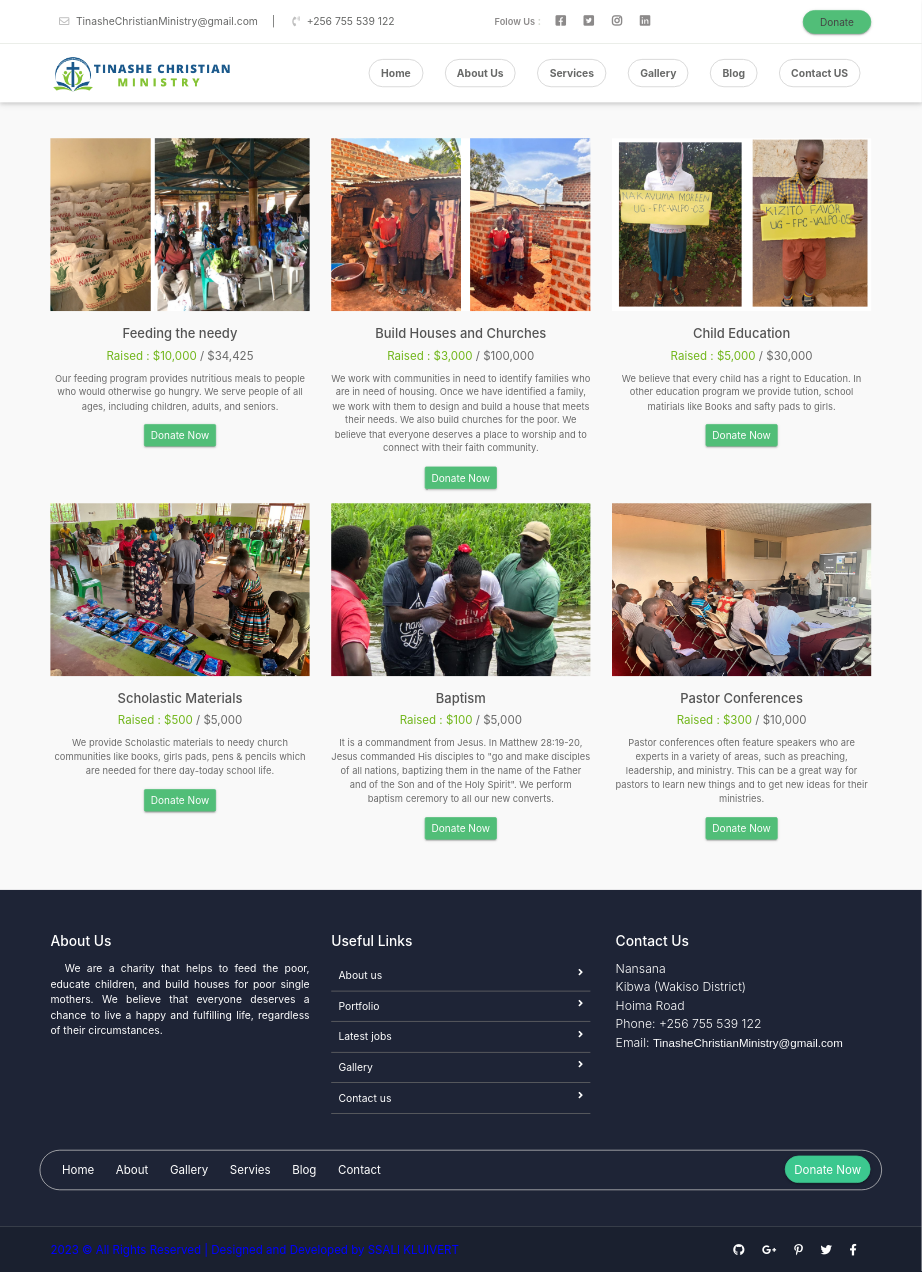
Repository: kluivert-ssali/Zziwa
Page: services.html
An editor plug-in stored every save of this project. The page is shown before and after the next save, followed by the edit.
The browser window is 1280 px wide. The pictures show the whole page, at 72% of full size.

Above is the page before, as saved 2023-11-20 20:49:45.

### services.html
<!DOCTYPE html>
<html lang="en">
  <head>
    <meta charset="utf-8" />
    <link
      rel="shortcut icon"
      type="x-icon"
      sizes="64x64"
      href="./Logo/ziwaWEB2.0.svg"
    />
    <meta
      name="viewport"
      content="width=device-width, initial-scale=1, shrink-to-fit=no"
    />
    <title>TinasheChristianMinistry</title>
    <link
      rel="shortcut icon"
      href="assets/images/fav.png"
      type="image/x-icon"
    />
    <link
      href="https://fonts.googleapis.com/css2?family=Ubuntu:wght@400;500&display=swap"
      rel="stylesheet"
    />
    <link rel="shortcut icon" href="assets/images/fav.jpg" />
    <link rel="stylesheet" href="assets/css/bootstrap.min.css" />
    <link rel="stylesheet" href="assets/css/all.min.css" />
    <link rel="stylesheet" href="assets/css/animate.css" />
    <link
      rel="stylesheet"
      href="assets/plugins/slider/css/owl.carousel.min.css"
    />
    <link
      rel="stylesheet"
      href="assets/plugins/slider/css/owl.theme.default.css"
    />
    <link rel="stylesheet" type="text/css" href="assets/css/style.css" />
  </head>

  <body>
    <header class="continer-fluid">
      <div class="header-top">
        <div class="container">
          <div class="row col-det">
            <div class="col-lg-6 d-none d-lg-block">
              <ul class="ulleft">
                <li>
                  <i class="far fa-envelope"></i>
                  TinasheChristianMinistry@gmail.com
                  <span>|</span>
                </li>
                <li>
                  <i class="fas fa-phone-volume"></i>
                  +256 755 539 122
                </li>
              </ul>
            </div>
            <div class="col-lg-3 col-md-6 folouws">
              <ul class="ulright">
                <li><small>Folow Us </small>:</li>
                <li>
                  <i class="fab fa-facebook-square"></i>
                </li>
                <li>
                  <i class="fab fa-twitter-square"></i>
                </li>
                <li>
                  <i class="fab fa-instagram"></i>
                </li>
                <li>
                  <i class="fab fa-linkedin"></i>
                </li>
              </ul>
            </div>
            <div class="col-lg-3 d-none d-md-block col-md-6 btn-bhed">
              <button class="btn btn-sm btn-success">
                <a
                  href="https://flutterwave.com/donate/cqvprj4q11oa"
                  target="_blank"
                  >Donate</a
                >
              </button>
            </div>
          </div>
        </div>
      </div>
      <div id="menu-jk" class="header-bottom">
        <div class="container">
          <div class="row nav-row">
            <div class="col-lg-3 col-md-12 logo">
              <a href="index.html">
                <img src="assets/images/TCM.png" alt="" />
                <a data-toggle="collapse" data-target="#menu" href="#menu"
                  ><i class="fas d-block d-lg-none small-menu fa-bars"></i
                ></a>
              </a>
            </div>
            <div id="menu" class="col-lg-9 col-md-12 d-none d-lg-block nav-col">
              <ul class="navbad">
                <li class="nav-item active">
                  <a class="nav-link" href="index.html">Home </a>
                </li>
                <li class="nav-item">
                  <a class="nav-link" href="about_us.html">About Us</a>
                </li>
                <li class="nav-item">
                  <a class="nav-link" href="services.html">Services</a>
                </li>

                <li class="nav-item">
                  <a class="nav-link" href="gallery.html">Gallery</a>
                </li>

                <li class="nav-item">
                  <a class="nav-link" href="blog.html">Blog</a>
                </li>
                <li class="nav-item">
                  <a class="nav-link" href="contact_us.html">Contact US</a>
                </li>
              </ul>
            </div>
          </div>
        </div>
      </div>
    </header>

    <!--  ************************* Page Title Starts Here ************************** -->

    <!-- ################# Events Start Here#######################--->
    <section class="events">
      <div class="container">
        <div class="event-ro row">
          <div class="col-md-4 col-sm-6">
            <div class="event-box">
              <img src="assets/images/events/Feeding.png" alt="" />
              <h4>Feeding the needy</h4>

              <p class="raises"><span>Raised : $10,000</span> / $34,425</p>
              <p class="desic">
                Our feeding program provides nutritious meals to people who
                would otherwise go hungry. We serve people of all ages,
                including children, adults, and seniors.
              </p>
              <button
                class="btn btn-success btn-sm"
                href="https://flutterwave.com/donate/cqvprj4q11oa"
              >
                Donate Now
              </button>
            </div>
          </div>
          <div class="col-md-4 col-sm-6">
            <div class="event-box">
              <img src="assets/images/events/House2.png" alt="" />
              <h4>Build Houses and Churches</h4>
              <p class="raises"><span>Raised : $3,000</span> / $100,000</p>
              <p class="desic">
                We work with communities in need to identify families who are in
                need of housing. Once we have identified a family, we work with
                them to design and build a house that meets their needs. We also
                build churches for the poor. We believe that everyone deserves a
                place to worship and to connect with their faith community.
              </p>
              <button
                class="btn btn-success btn-sm"
                href="https://flutterwave.com/donate/cqvprj4q11oa"
              >
                Donate Now
              </button>
            </div>
          </div>
          <div class="col-md-4 col-sm-6">
            <div class="event-box">
              <img src="assets/images/events/school.png" alt="" />
              <h4>Child Education</h4>
              <p class="raises"><span>Raised : $5,000</span> / $30,000</p>
              <p class="desic">
                We believe that every child has a right to Education. In other
                education program we provide tution, school matirials like Books
                and safty pads to girls.
              </p>
              <button
                class="btn btn-success btn-sm"
                href="https://flutterwave.com/donate/cqvprj4q11oa"
              >
                Donate Now
              </button>
            </div>
          </div>
          <div class="col-md-4 col-sm-6">
            <div class="event-box">
              <img src="assets/images/events/payer1.png" alt="" />
              <h4>Scholastic Materials</h4>
              <p class="raises"><span>Raised : $500</span> / $5,000</p>
              <p class="desic">
                We provide Scholastic materials to needy church communities like
                books, girls pads, pens & pencils which are needed for there
                day-today school life.
              </p>
              <button
                class="btn btn-success btn-sm"
                href="https://flutterwave.com/donate/cqvprj4q11oa"
              >
                Donate Now
              </button>
            </div>
          </div>
          <div class="col-md-4 col-sm-6">
            <div class="event-box">
              <img src="assets/images/events/bath.png" alt="" />
              <h4>Baptism</h4>
              <p class="raises"><span>Raised : $100</span> / $5,000</p>
              <p class="desic">
                It is a commandment from Jesus. In Matthew 28:19-20, Jesus
                commanded His disciples to "go and make disciples of all
                nations, baptizing them in the name of the Father and of the Son
                and of the Holy Spirit". We perform baptism ceremory to all our
                new converts.
              </p>
              <button
                class="btn btn-success btn-sm"
                href="https://flutterwave.com/donate/cqvprj4q11oa"
              >
                Donate Now
              </button>
            </div>
          </div>
          <div class="col-md-4 col-sm-6">
            <div class="event-box">
              <img src="assets/images/events/teaching.png" alt="" />
              <h4>Pastor Conferences</h4>
              <p class="raises"><span>Raised : $300</span> / $10,000</p>
              <p class="desic">
                Pastor conferences often feature speakers who are experts in a
                variety of areas, such as preaching, leadership, and ministry.
                This can be a great way for pastors to learn new things and to
                get new ideas for their ministries.
              </p>
              <button
                class="btn btn-success btn-sm"
                href="https://flutterwave.com/donate/cqvprj4q11oa"
              >
                Donate Now
              </button>
            </div>
          </div>
        </div>
      </div>
    </section>

    <!--  ************************* Footer Starts Here ************************** -->

    <footer class="footer">
      <div class="container">
        <div class="row">
          <div class="col-md-4 col-sm-12">
            <h2>About Us</h2>
            <p>
              We are a charity that helps to feed the poor, educate children,
              and build houses for poor single mothers. We believe that everyone
              deserves a chance to live a happy and fulfilling life, regardless
              of their circumstances.
            </p>
            <p></p>
          </div>
          <div class="col-md-4 col-sm-12">
            <h2>Useful Links</h2>
            <ul class="list-unstyled link-list">
              <li>
                <a ui-sref="about" href="#/about">About us</a
                ><i class="fa fa-angle-right"></i>
              </li>
              <li>
                <a ui-sref="portfolio" href="#/portfolio">Portfolio</a
                ><i class="fa fa-angle-right"></i>
              </li>
              <li>
                <a ui-sref="products" href="#/products">Latest jobs</a
                ><i class="fa fa-angle-right"></i>
              </li>
              <li>
                <a ui-sref="gallery" href="#/gallery">Gallery</a
                ><i class="fa fa-angle-right"></i>
              </li>
              <li>
                <a ui-sref="contact" href="#/contact">Contact us</a
                ><i class="fa fa-angle-right"></i>
              </li>
            </ul>
          </div>
          <div class="col-md-4 col-sm-12 map-img">
            <h2>Contact Us</h2>
            <address class="md-margin-bottom-40">
              Nansana <br />
              Kibwa (Wakiso District) <br />
              Hoima Road <br />
              Phone: +256 755 539 122 <br />
              Email:
              <a href="TinasheChristianMinistry@gmail.com " class=""
                >TinasheChristianMinistry@gmail.com </a
              ><br />
            </address>
          </div>
        </div>

        <div class="nav-box row clearfix">
          <div class="inner col-md-9 clearfix">
            <ul class="footer-nav clearfix">
              <li><a href="#">Home</a></li>
              <li><a href="#">About</a></li>
              <li><a href="#">Gallery</a></li>
              <li><a href="#">Servies</a></li>
              <li><a href="#">Blog</a></li>
              <li><a href="#">Contact</a></li>
            </ul>
          </div>
          <div class="donate-link col-md-3">
            <a
              href="https://flutterwave.com/donate/cqvprj4q11oa"
              class="btn btn-primary"
              ><span class="btn-title">Donate Now</span></a
            >
          </div>
        </div>
      </div>
    </footer>
    <div class="copy">
      <div class="container">
        <a
          href="https://kluivertssali.netlify.app"
          target="_blank"
          style="color: blue"
          >2023 &copy; All Rights Reserved | Designed and Developed by SSALI
          KLUIVERT</a
        >

        <span>
          <a><i class="fab fa-github"></i></a>
          <a><i class="fab fa-google-plus-g"></i></a>
          <a><i class="fab fa-pinterest-p"></i></a>
          <a><i class="fab fa-twitter"></i></a>
          <a><i class="fab fa-facebook-f"></i></a>
        </span>
      </div>
    </div>
  </body>

  <script src="assets/js/jquery-3.2.1.min.js"></script>
  <script src="assets/js/popper.min.js"></script>
  <script src="assets/js/bootstrap.min.js"></script>
  <script src="assets/plugins/scroll-fixed/jquery-scrolltofixed-min.js"></script>
  <script src="assets/plugins/slider/js/owl.carousel.min.js"></script>
  <script src="assets/js/script.js"></script>
</html>

Loaded but not shown: assets/css/bootstrap.min.css (library); assets/css/all.min.css (library); assets/css/animate.css (library); assets/plugins/slider/css/owl.carousel.min.css (library); assets/plugins/slider/css/owl.theme.default.css (common file); assets/js/jquery-3.2.1.min.js (library); assets/js/popper.min.js (library); assets/js/bootstrap.min.js (library); assets/plugins/scroll-fixed/jquery-scrolltofixed-min.js (library); assets/plugins/slider/js/owl.carousel.min.js (library); assets/js/script.js (69 lines, source omitted); assets/css/style.css (795 lines, source omitted)

After the next save:
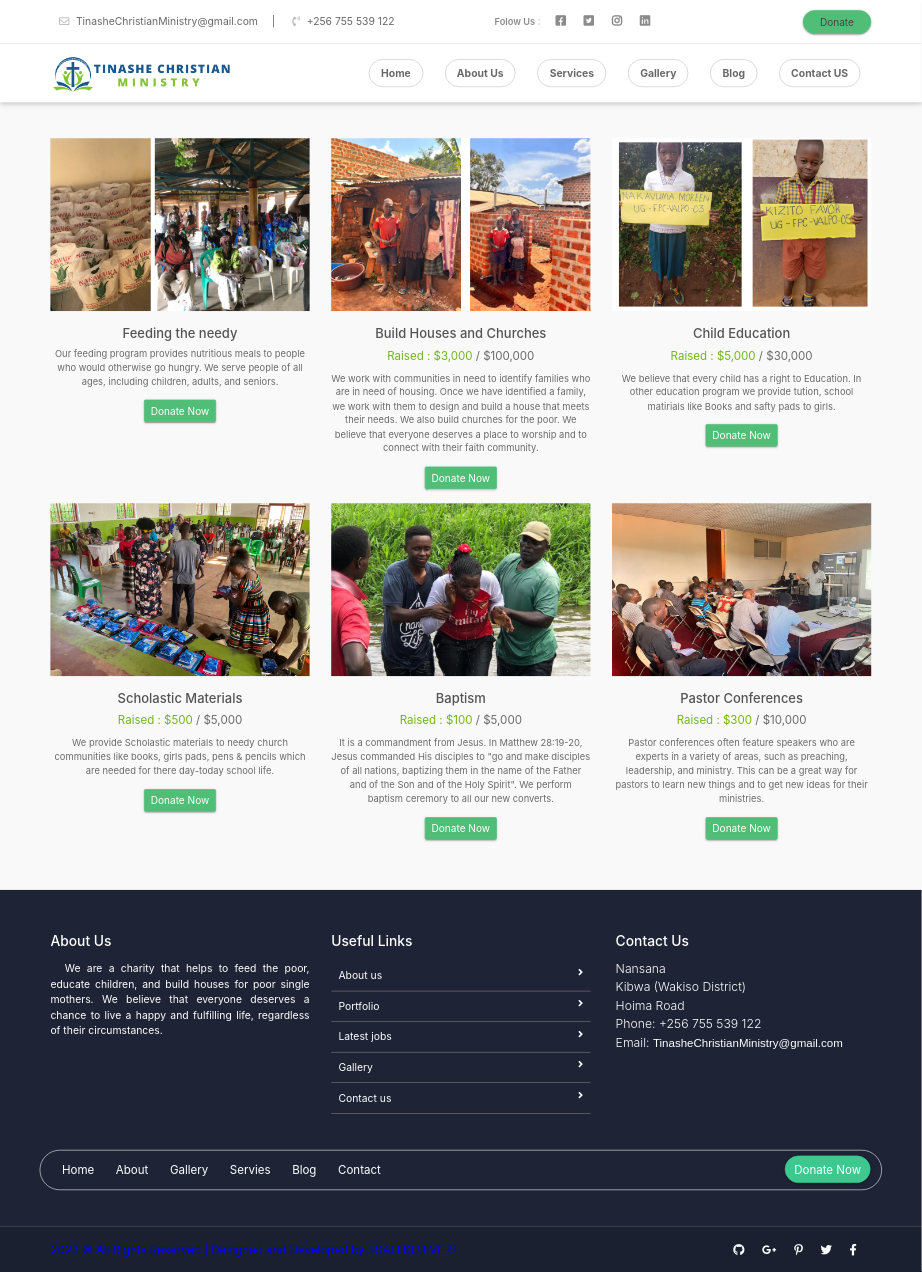
Saved 2 min 53 s later.
--- a/services.html
+++ b/services.html
@@ -135,7 +135,6 @@
               <img src="assets/images/events/Feeding.png" alt="" />
               <h4>Feeding the needy</h4>
 
-              <p class="raises"><span>Raised : $10,000</span> / $34,425</p>
               <p class="desic">
                 Our feeding program provides nutritious meals to people who
                 would otherwise go hungry. We serve people of all ages,
@@ -145,6 +144,10 @@
                 class="btn btn-success btn-sm"
                 href="https://flutterwave.com/donate/cqvprj4q11oa"
               >
+                <a
+                  href="https://flutterwave.com/donate/cqvprj4q11oa"
+                  target="_blank"
+                ></a>
                 Donate Now
               </button>
             </div>
